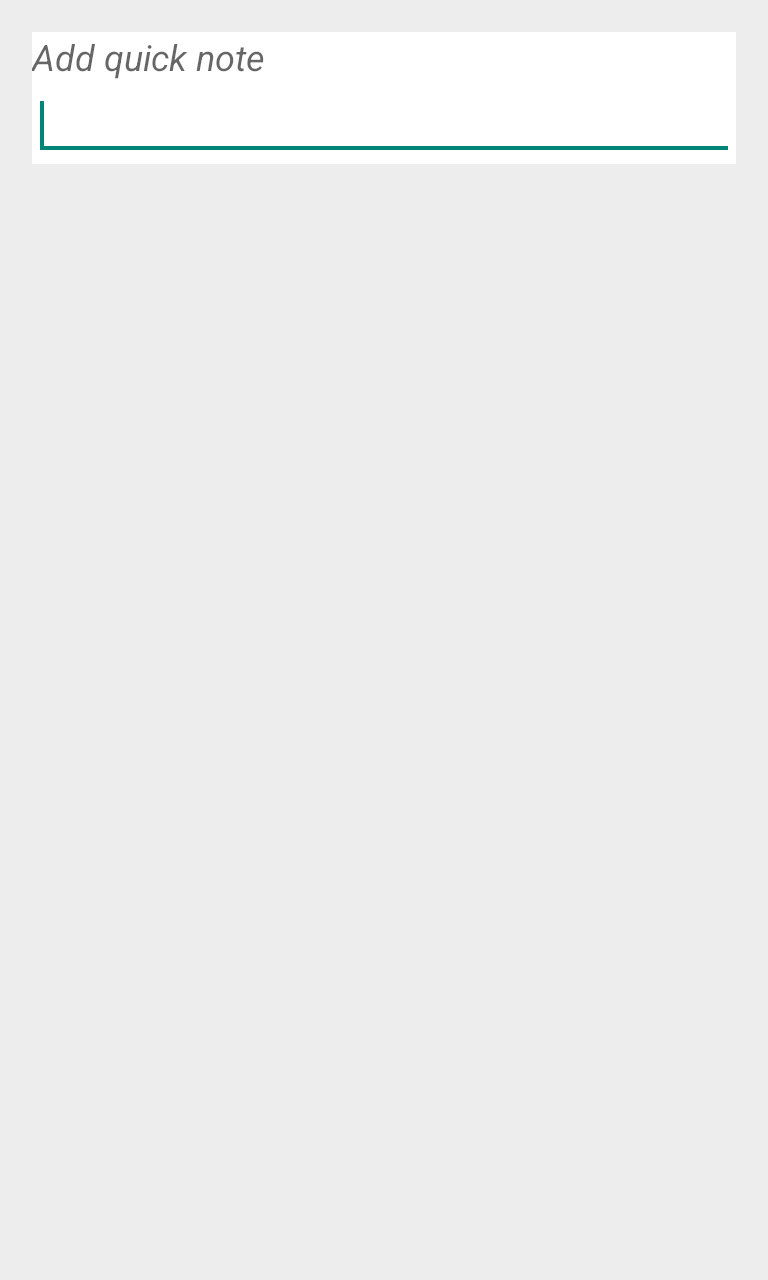
Repository: ishwormali/practices
Layout: Android/GoogleKeep/GoogleKeep/res/layout/fragment_main.xml
These files come from the project's save history. The layout is drawn as it stood at one moment and after the next save; the edit follows.
It is drawn on a 768 x 1280 px phone screen (xhdpi) without system bars, with theme Theme.Orangeboom; the app's code is not run.

Above is the layout before, as saved 2014-04-01 05:24:29.

After the next save:
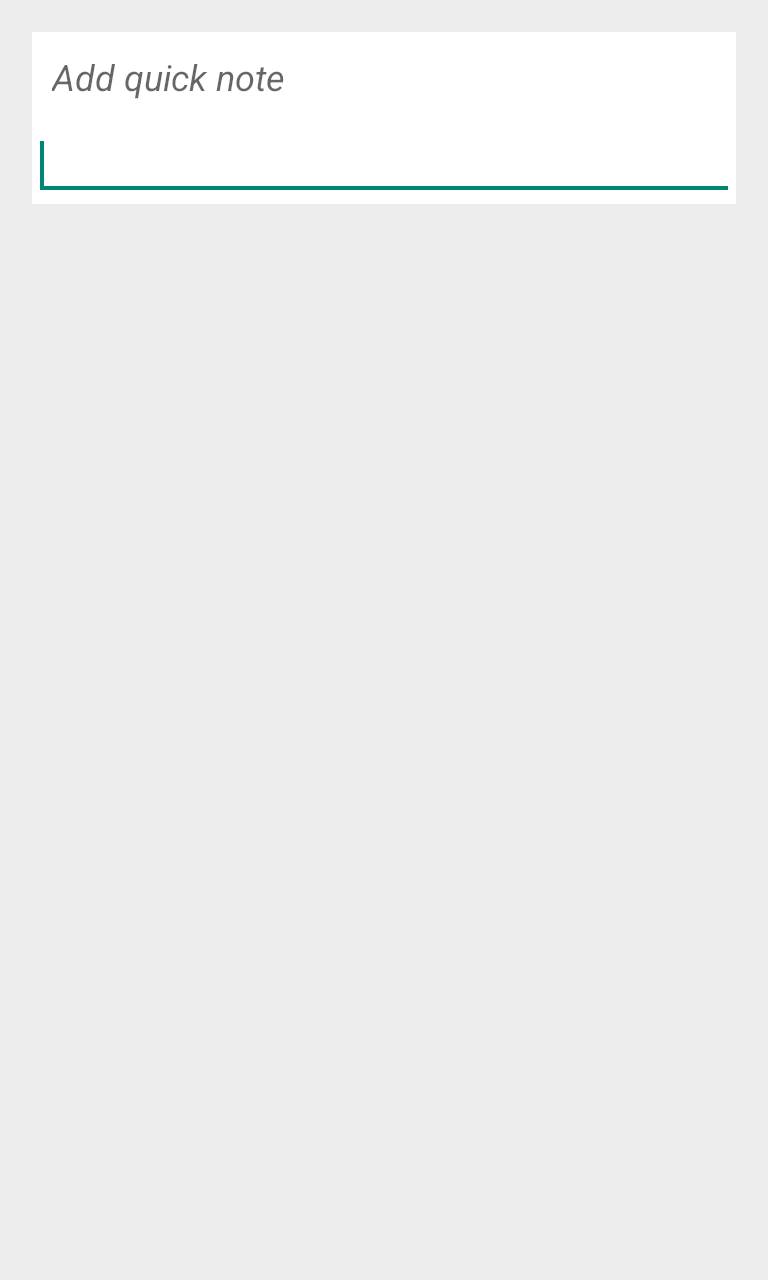
Saved 45 s later.
--- a/Android/GoogleKeep/GoogleKeep/res/layout/fragment_main.xml
+++ b/Android/GoogleKeep/GoogleKeep/res/layout/fragment_main.xml
@@ -25,7 +25,7 @@
             android:ems="10"  android:hint="@string/add_quick_note"
             android:background="@drawable/edit_box"
             android:textColor="@android:color/black"
-android:textCursorDrawable="@null"
+android:textCursorDrawable="@null" android:padding="10dp"
              >
 
             <requestFocus />
